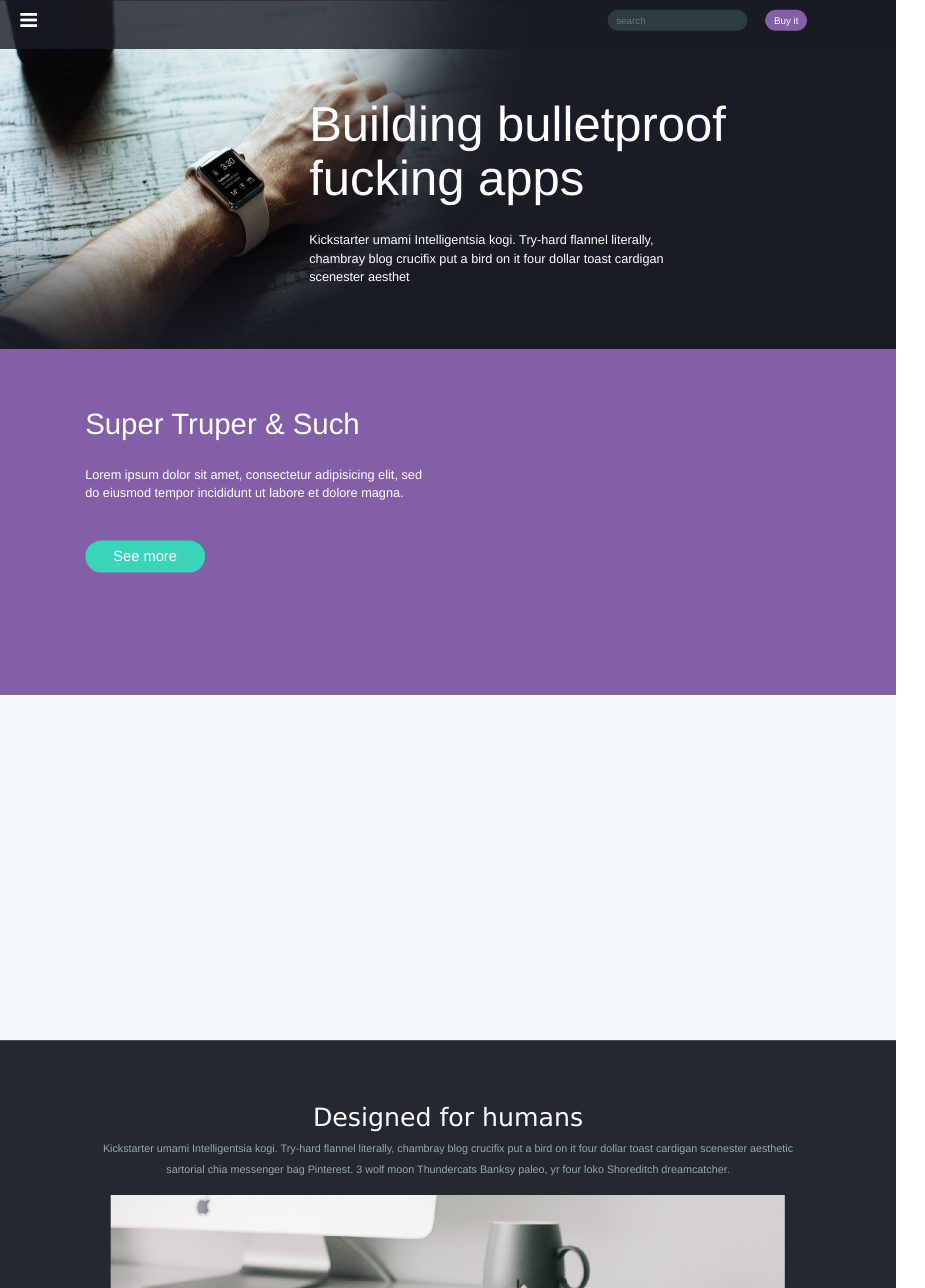
Repository: KatarzynaOwczarska/Tork
Page: Tork/WebContent/index.html
The author's editor kept a copy of each file at every save. The page is drawn from the files as they stood at one save, then again after the next save.
The browser window is 1280 px wide. The page is 1321 px wide, so the pictures cover 1321 px, including what lies to the right of the window. The pictures show the part of the page from y = 0 to 1840 px (the page is 4629 px tall), at 70% of full size.
Backgrounds fixed to the window are drawn as part of the page.

Above is the page before, as saved 2017-02-06 13:51:24.

### Tork/WebContent/index.html
<!DOCTYPE html>
<html>
<head>
	<meta charset="UTF-8">
	<title>Tork</title>
	<link rel="stylesheet" type="text/css" href="./css/bootstrap.min.css">
	<link rel="stylesheet" type="text/css" href="./css/style.css">
	<link rel="stylesheet" href="./css/font-awesome.min.css">
	<link rel="stylesheet" href="./css/animate.css" type="text/css">
	<script src="./js/jquery-3.1.1.min.js"></script>
	<script src="./js/bootstrap.min.js"></script>
	<script src="./js/jquery.viewportchecker.min.js"></script>
	<script src="./js/scrollreveal.min.js"></script>
</head>
<body>
<div class="container-fluid">
	<div class="row">
		<div id="zegarek" class="col-xs-12" >
				<header>
					<div class="col-xs-1">
						<span id="nav" class="fa fa-bars fa-2x" aria-hidden="true"></span>
					</div>
					<div class="col-xs-offset-1 col-xs-9 col-lg-offset-7 col-lg-3">
						<input id="search" type="search" placeholder="search">
						<button id="buy-it">Buy it</button>
					</div>
				</header>
			<div class="col-xs-12 col-sm-offset-4 col-sm-6">
				<h1 id="naglowek"> Building bulletproof <br>fucking apps</h1>
				<p id="napis"><br>Kickstarter umami Intelligentsia kogi. Try-hard flannel literally, chambray blog crucifix put a bird on it four dollar toast cardigan scenester aesthet</p>
			</div>
			<div data-animate="bounceInDown"id="telefon" class="col-md-offset-6 col-md-6 hidden-xs hidden-sm">
				<img src="./telefon.png" height="550" width="430">
			</div>
		</div>
	</div>
	<div id=fiolet class="row">
			<div  id="super" class="col-md-5 col-md-offset-1 col-xs-offset-2 col-xs-8">
				<h2 id="super-truper">Super Truper & Such</h2>
				<p id="napis2"><br>Lorem ipsum dolor sit amet, consectetur adipisicing elit, sed do eiusmod tempor incididunt ut labore et dolore magna.</p>
				<button id="przycisk">See more</button>
			</div>
	</div>
	<div id="trzy-kolumny" class="row">
			<div data-animate="fadeIn" class="col-xs-10 col-xs-offset-1">
				<div class="col-xs-12 col-md-4">
					<h2 id="design-features">Design & Features</h2>
					<br>
					<p id="design-features-p">Flannel ennui narwhal, craft beer twee Vice plaid authentic synth.</p>
					<br>
					<p id="miedzy-liniami">Kickstarter umami Intelligentsia kogi. Try-hard flannel literally, chambray blog crucifix put a bird on it four dollar toast cardigan scenester aesthetic sartorial chia messenger bag Pinterest.</p>
					<br>
					<button id="przycisk">See more</button>
				</div>
				<div class="col-xs-12 col-md-4">
					<h2 id="design-features">Design & Features</h2>
					<br>
					<p id="design-features-p">Flannel ennui narwhal, craft beer twee Vice plaid authentic synth.</p>
					<br>
					<p id="miedzy-liniami">Kickstarter umami Intelligentsia kogi. Try-hard flannel literally, chambray blog crucifix put a bird on it four dollar toast cardigan scenester aesthetic sartorial chia messenger bag Pinterest.</p>
					<br>
					<button id="przycisk">See more</button>
				</div>
				<div class="col-xs-12 col-md-4">
					<h2 id="design-features">Design & Features</h2>
					<br>
					<p id="design-features-p">Flannel ennui narwhal, craft beer twee Vice plaid authentic synth.</p>
					<br>
					<p id="miedzy-liniami">Kickstarter umami Intelligentsia kogi. Try-hard flannel literally, chambray blog crucifix put a bird on it four dollar toast cardigan scenester aesthetic sartorial chia messenger bag Pinterest.</p>
					<br>
					<button id="przycisk">See more</button>
				</div>
			</div>
	</div>
	<div id="czarny" class="row">
			<div class="col-xs-offset-1 col-xs-10">
				<h1 id="for-humans">Designed for humans</h1>
				<p id="wysrodkowany">Kickstarter umami Intelligentsia kogi. Try-hard flannel literally, chambray blog crucifix put a bird on it four dollar toast cardigan scenester aesthetic sartorial chia messenger bag Pinterest. 3 wolf moon Thundercats Banksy paleo, yr four loko Shoreditch dreamcatcher.</p>
				<div id="myCarousel" class="carousel slide" data-ride="carousel">
	 				<ol class="carousel-indicators">
					    <li data-target="#myCarousel" data-slide-to="0" class="active"></li>
					    <li data-target="#myCarousel" data-slide-to="1"></li>
					</ol>
	 				<div class="carousel-inner" role="listbox">
	      				<div class="item active">
	        				<img src="./rozowy-obrazek.png">
	        			</div>
	      				<div class="item">
	        				<img src="./komputer.png">
	      				</div>
	    			</div>
				</div>
			</div>
	</div>
	<div id="szary" class="row">
			<div id="margines-ikonki" class="col-xs-10 col-xs-offset-1">
				<div class="col-xs-12 col-md-3">
					<span id="ikonka" class="fa fa-pencil fa-3x" aria-hidden="true"></span>
					<h3>01<span id="span-kolor"> Design</span></h3>
					<br>
					<p id="napis-szary">Scenester PBR deep v jean shorts typewriter. Sustainable keytar Tumblr, authentic mustache locavore scenester gentrify meh banjo fanny pack health goth. Four dollar toast scenester XOXO crucifix, mumblecore banh mi yr cold-pressed Bushwick.</p>
					<p id="test"></p>
				</div>
				<div class="col-xs-12 col-md-3">
					<span id="ikonka" class="fa fa-location-arrow fa-3x" aria-hidden="true"></span>
					<h3>02<span id="span-kolor"> Refinement</span></h3>
					<br>
					<p id="napis-szary">Scenester PBR deep v jean shorts typewriter. Sustainable keytar Tumblr, authentic mustache locavore scenester gentrify meh banjo fanny pack health goth. Four dollar toast scenester XOXO crucifix, mumblecore banh mi yr cold-pressed Bushwick.</p>
				</div>
				<div class="col-xs-12 col-md-3">
					<span id="ikonka" class="fa fa-paint-brush fa-3x" aria-hidden="true"></span>
					<h3>03<span id="span-kolor"> Dive In</span></h3>
					<br>
					<p id="napis-szary">Scenester PBR deep v jean shorts typewriter. Sustainable keytar Tumblr, authentic mustache locavore scenester gentrify meh banjo fanny pack health goth. Four dollar toast scenester XOXO crucifix, mumblecore banh mi yr cold-pressed Bushwick.</p>
				</div>
				<div class="col-xs-12 col-md-3">
					<span id="ikonka" class="fa fa-search fa-3x" aria-hidden="true"></span>
					<h3>04<span id="span-kolor"> Research</span></h3>
					<br>
					<p id="napis-szary">Scenester PBR deep v jean shorts typewriter. Sustainable keytar Tumblr, authentic mustache locavore scenester gentrify meh banjo fanny pack health goth. Four dollar toast scenester XOXO crucifix, mumblecore banh mi yr cold-pressed Bushwick.</p>
				</div>
			</div>
	</div>
	<div id="szary-jasny" class="row">
			<div class="col-xs-12 col-md-4 col-md-offset-1">
				<h1 id="conectivity">Conectivity</h1>
				<p id="napis-zegarek">Flannel ennui narwhal, craft beer twee Vice plaid authentic synth Intelligentsia stumptown gluten-free drinking vinegar Schlitz mixtape.</p>
				<p id="napis-zegarek-maly">Kickstarter umami Intelligentsia kogi. Try-hard flannel literally, chambray blog crucifix put a bird on it four dollar toast cardigan scenester aesthetic sartorial chia messenger bag Pinterest.</p>
				<p id="test2"></p>
			</div>
			<div id="zegarek-czysty" class="col-xs-12 col-md-7"><img id="obrazek" src="./zegarek-czysty.png" height="500" width="788"></div>
	</div>
	<div id="filmik" class="row">
			<div id="padding-telefon" class="col-xs-12 col-md-offset-1 col-md-4"><img src="./telefon-reka.png" height="400" width="500"></div>
			<div id="obok-filmu" class="col-md-7 col-xs-12">
				<div class="col-xs-9 col-xs-offset-1">
					<p id="data">12th June 2015</p>
					<p id="lorem-ipsum">Lorem ipsum dolor sit amet, cotur adipisicing elit sed do eiusmod tempor incididunt ut labore et dolore</p>
				</div>
			</div>
			<div id="komentarze" class="col-xs-12 col-md-4 col-md-offset-1">
				<div class="col-md-11 col-xs-10 col-xs-offset-1">
					<h2>Lorem ipsum dolor sit amet, consectetur adipisicing elit</h2>
					<p>Lorem ipsum dolor sit amet, consectetur adipisicing elit, sed do eiusmod tempor incididunt ut labore et dolore magna aliqua. Ut enim ad minim veniam, quis nostrud exercitation ullamco</p>
					<button id="przycisk" class="visible-xs visible-sm">Read more</button>
				</div>
			</div>
			<div id="telefony" class="col-md-5 hidden-xs hidden-sm"></div>
	</div>
	<div id="reka" class="row">
		<div id="fioletowy-napis" class="col-xs-12 col-md-5">
			<p>Ut enim ad minim veniam, quis nostrud exercitation ullamco laboris. Nisi ut aliquip ex ea commodo.</p>
		</div>
	</div>
	<div id="stopka" class="row">
			<div id="margines" class="col-xs-12 col-md-5 col-md-offset-1">
				<p>Get in touch</p><br>
				<p id="napis-szary">Lorem ipsum dolor sit amet, consectetur adipisicing elit, sed do eiusmod tempor incididunt ut labore et dolore magna aliqua. Ut enim ad minim veniam, quis nostrud exercitation ullamco laboris nisi ut aliquip ex ea commodo consequat.</p>
			</div>
			<div id="margines" class="col-xs-12 col-md-5 col-md-offset-1">
				<p>Stay in touch</p>
				<form action="#" class="form-inline">
					<div class="form-group">
						<div class="input-group">
							<div><input id="pole" type="email" placeholder="Enter your email" class="form-control"></div>
							<div id="submit" class="input-group-addon"><button id="submit" type="submit" value=""><span class="fa fa-check fa-3x"></span></button></div>
						</div>
					</div>
				</form>
				<p id="pod-polem">Lorem ipsum dolor sit amet, consectetur adipisicing elit, <br>sed do eiusmod tempor incididunt ut labore et dolor</p>
			</div>
			<div id="linki" class="col-xs-12 col-md-5 col-md-offset-1">
					<div class="col-xs-4">
						<p>Resources</p>
						<a>Tour</a><br>
						<a>Customers</a><br>
						<a>Pricing and Plans</a><br>
						<a>New Features</a><br>
						<a>Education</a>
					</div>
					<div class="col-xs-4">
						<p>Features</p>
						<a>Tour</a><br>
						<a>Customers</a><br>
						<a>Pricing and Plans</a><br>
						<a>New Features</a><br>
						<a>Education</a>
					</div>
					<div class="col-xs-4">
						<p>How to</p>
						<a>Tour</a><br>
						<a>Customers</a><br>
						<a>Pricing and Plans</a><br>
						<a>New Features</a><br>
						<a>Education</a>
					</div>
				</div>
		</div>
	</div>
	<div id="podpis" class="row">
			<div id="footer" class="col-xs-12">
				<h4  data-animate="fadeInLeft">Made with <i id="serduszko" class="fa fa-heart" aria-hidden="true"></i> by <span id="kasia">Katarzyna Owczarska</span> Jan 2017.</h4>
			</div>
	</div>
	<script>
		$(document).ready(function(){
			$('*[data-animate]').addClass('ukryj').each(function(){
      			$(this).viewportChecker({
        			classToAdd: 'show animated ' + $(this).data('animate'),
        			classToRemove: 'ukryj',
        			offset: '5%'
      			});
    		});
		});

		function check() {
			var scrollPos = controller.info("scrollPos");
			document.getElementById("test").innerHTML = scrollPos;
		}
	</script>
	<script>
    	window.sr = ScrollReveal();
    	sr.reveal('#telefony', {
        	reset: true,
        	delay: 500,
        	distance: 0
    	});
    	sr.reveal('#padding-telefon', {
        	reset: true,
        	delay: 500,
        	distance: 0
    	});
    	sr.reveal('#zegarek-czysty', {
        	reset: true,
        	delay: 500,
        	distance: 0
    	});
    	sr.reveal('#fioletowy-napis', {
        	duration: 1000,
        	delay: 500,
        	easing: 'linear',
    	});
</script>
</body>
</html>

### Tork/WebContent/css/style.css
@CHARSET "UTF-8";

.container-fluid {
	padding: 0px 0px 0px 0px;
}

.row {
	margin: 0px 0px 0px 0px;
}

header {
	height: 70px;
	background-color: transparent;
  	background-color: rgba(25, 28, 36, 0.8);  /* FF3+, Saf3+, Opera 10.10+, Chrome, IE9 */
  	filter: progid:DXImageTransform.Microsoft.gradient(startColorstr=#3332FA32,endColorstr=#3332FA32); /* IE6&#8211;IE9 */
  	zoom: 1;
  	width: 100%;
  	position: fixed;
  	top: 0;
}

#search {
	background-color: rgb(45,60,66);
	margin-top: 1em;
	border-radius: 50px;
	text-indent: 10px;
	height: 30px;
	width: 200px;
	border: none;
}

#buy-it {
	border-radius: 50px;
	width: 60px;
	height: 30px;
	background-color: rgb(131,95,168);
	color: white;
	border: none;
	margin-left: 1.5em;
}

#nav {
	color: white;
	margin-left: 0.5em;
	margin-top: 0.5em;
}

#zegarek {
	background-color: rgb(25,28,36);
	background-image: url("../zegarek.png");
	background-size: 60% 120%;
	background-repeat: no-repeat;
	background-attachment: fixed;
	padding-right: 0px;
    padding-left: 0px;
}

#telefon {
	position: absolute;
	top: 90%;
}

#naglowek {
	color: white;
	font-size: 5em;
	font-weight: 100;
	margin-top: 2em;
}

#napis {
	color: white;
	font-size: 1.3em;
	margin-right: 5em;
	margin-bottom:5em;
}

#napis2 {
	color: white;
	font-size: 1.3em;
	margin-bottom:3em;
}

#fiolet {
	background-color: rgb(131,95,168);
}

#super-truper {
	color: white;
	margin-top: 2em;
	font-size: 3em;
}

#super {
	margin-bottom: 9.5em;
}

#przycisk {
	border-radius: 50px;
	background-color: rgb(59,211,186);
	border: none;
	padding: 8px 40px;
	color: white;
	font-size: 1.5em;
	margin-bottom: 2em;
	transition-duration:0.5s;
}

#przycisk:hover {
	background-color: rgb(0,188,212);
}

#trzy-kolumny {
	background-color: rgb(244,248,251);
}

#design-features {
	color: rgb(86,86,86);
	margin-top: 3em;
	font-size: 2em;

}

#design-features-p {
	color: rgb(126,126,126);
	font-size: 1.5em;
	font-weight: 100;
	font-family: Arial, Helvetica, sans-serif;
}

#miedzy-liniami {
	line-height: 200%;
	font-family: Verdana, Geneva, sans-serif;
}

#czarny {
	background-color: rgb(35,40,49);
}


#for-humans {
	color: white;
	font-family: Verdana, Geneva, sans-serif;
	text-align: center;
	margin-top: 2.5em;
}

#wysrodkowany {
	color: rgb(157,165,176);
	text-align: center;
	font-size: 1.1em;
	line-height: 200%;
}

.carousel-inner > .item > img,
  .carousel-inner > .item > a > img {
      margin: auto;
      margin-top: 1%;
}

#szary {
	background-color: rgb(43,48,59);
}

#szary h3 {
	color:rgb(51,77,96);
}

#span-kolor {
	color: white;
}

#napis-szary {
	line-height: 200%;
	color: rgb(157,165,176);
}

#margines {
	margin-bottom: 5em;
	margin-top: 1.7em;
}

#ikonka {
	color: rgb(55,156,136);
}

#szary-jasny {
	background-color: rgb(233,238,241);
}

#napis-zegarek {
	color: rgb(117,122,134);
	font-size: 1.2em;
	margin-top: 2em;
	margin-bottom: 2em;
	line-height: 200%;
}

#napis-zegarek-maly {
	line-height: 200%;
}

#conectivity {
	margin-left: 0.5em;
	margin-top: 2.5em;
}

#filmik {
	height: 700px;
	background-color: rgb(244,248,251);
}

#padding-telefon {
	padding: 0px 0px 0px 0px;
}

#zegarek-czysty {
	padding: 0px 0px 0px 0px;
}

#obok-filmu {
	background-color: rgb(131,95,168);
	height: 400px;
	padding: 0px 0px 0px 0px;
}

#data {
	margin-top: 5em;
	color: white;
	font-style: italic;
}

#lorem-ipsum {
	color: white;
	font-style: italic;
	font-size: 2em;
	font-weight: 100;
	font-family: Arial, Helvetica, sans-serif;
}

#komentarze {
	background-color: white;
}

#komentarze h2 {
	font-size: 1.5em;
	margin-top: 2em;
}

#komentarze p {
	margin-top: 1.5em;
	margin-bottom: 8em;
	color: rgb(131,150,162);
}

#telefony {
	background-image: url("../telefony.jpg");
	background-repeat: no-repeat;
	height: 43%;
}

#reka {
	background-color: black;
	background-image: url("../dlugopis.png");
	background-size: 100% 120%;
	background-repeat: no-repeat;
}

#reka div {
	background-color: rgb(131,95,168);
	height: 400px;
	opacity: 0.8;
}


#reka p {
	font-size: 2em;
	font-style: italic;
	color: white;
	margin-top: 4em;
	margin-left: 2em;
}

#stopka {
	background-color: rgb(38,50,56);
	color: white;
}

#margines {
	margin-top: 5em;
	margin-bottom: 0px;
}

#margines-ikonki {
	margin-top: 3em;
	margin-bottom: 3em;
}

#linki {
	margin-bottom: 2em;
}

#linki p {
	font-weight: bold;
	font-size: 13px;
}

#linki a {
	color: white;
	font-size: 12px;
	line-height: 200%;
}

#linki a:hover {
	text-decoration: none;
	cursor: pointer;
}

#pole {
	border: none;
	color: black;
	background-color: rgb(246,247,250);
	text-indent: 10px;
	width: 25em;
	height: 5em;
}

#pole:focus {
	color: black;
}

#submit {
	border: none;
	width: 5em;
	background-color: rgb(131,95,168);
	color: white;
}

#pod-polem {
	margin-top: 1.5em;
	line-height: 200%;
}

#podpis {
	background-color: rgb(23,29,32);
	color: white;
}

#footer {
	margin: 20px 0px 35px 0px;
	text-align: center;
}

#odstep-d {
	height: 500px;
	background-color: grey;

}

.ukryj{
	opacity:0
}

.show {
	opacity: 1;
}

#serduszko {
	color: red;
}

#kasia {
	color: rgb(131,95,168);
}

@media only screen and (max-width: 991px) {
	#super {
		text-align: center;

	}
}

@media only screen and (max-width: 991px) {
	#super-truper {
		margin-top: 2.5em;

	}
}

@media only screen and (max-width: 768px) {
	#naglowek {
		margin-top: 0.5em;

	}

	#zegarek {
		background-size: 100% 120%;
	}

	#obrazek {
		width: 100%;
	}
}

Loaded but not shown: Tork/WebContent/css/bootstrap.min.css (library); Tork/WebContent/css/font-awesome.min.css (library); Tork/WebContent/css/animate.css (library); Tork/WebContent/js/jquery-3.1.1.min.js (library); Tork/WebContent/js/bootstrap.min.js (library); Tork/WebContent/js/jquery.viewportchecker.min.js (common file); Tork/WebContent/js/scrollreveal.min.js (library)

After the next save:
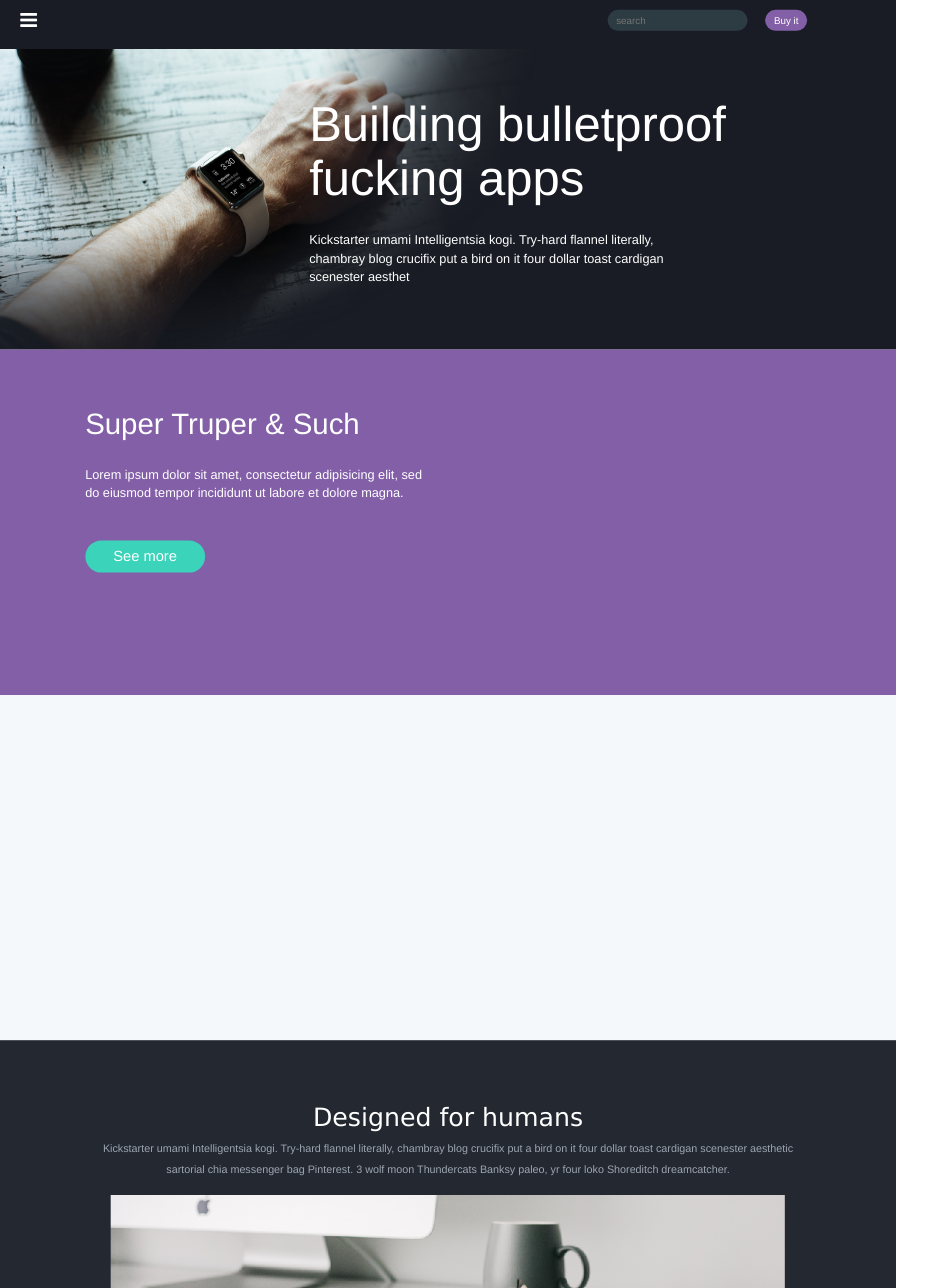
Saved 52 s later.
--- a/Tork/WebContent/css/style.css
+++ b/Tork/WebContent/css/style.css
@@ -11,7 +11,7 @@
 header {
 	height: 70px;
 	background-color: transparent;
-  	background-color: rgba(25, 28, 36, 0.8);  /* FF3+, Saf3+, Opera 10.10+, Chrome, IE9 */
+  	background-color: rgba(25, 28, 36, 1);  /* FF3+, Saf3+, Opera 10.10+, Chrome, IE9 */
   	filter: progid:DXImageTransform.Microsoft.gradient(startColorstr=#3332FA32,endColorstr=#3332FA32); /* IE6&#8211;IE9 */
   	zoom: 1;
   	width: 100%;
